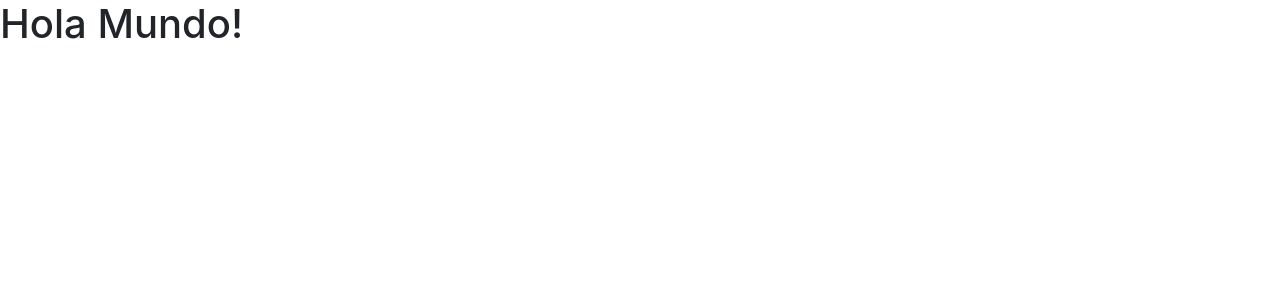
Repository: mapp1990/pasarela
Page: http://localhost/producto
An editor plug-in stored every save of this project. The page is shown before and after the next save, followed by the edit.
The browser window is 1280 px wide. The pictures show the whole page.
The page is served by the project's Laravel application, run on PHP 8.4 with Laravel 9.

Above is the page before, as saved 2022-05-27 17:24:57.

After the next save:
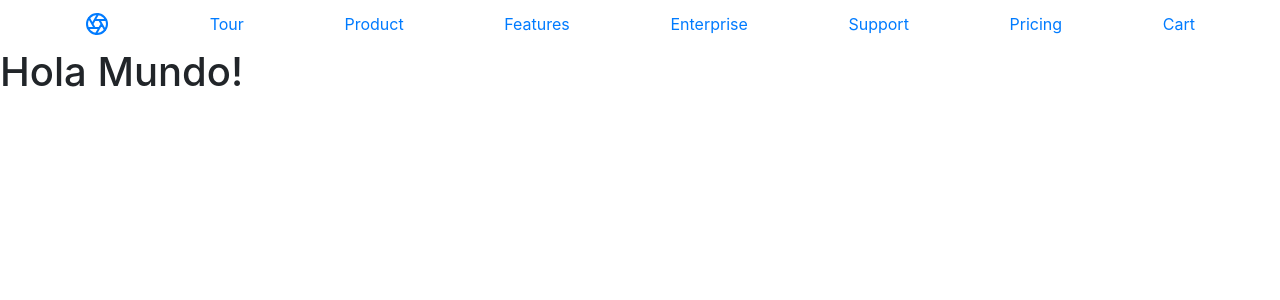
Saved 3 min 37 s later.
--- a/resources/views/productos.blade.php
+++ b/resources/views/productos.blade.php
@@ -7,6 +7,20 @@
     <title>Bootstrap demo</title>
   </head>
   <body class="body">
+    <nav class="site-header sticky-top py-1">
+        <div class="container d-flex flex-column flex-md-row justify-content-between">
+          <a class="py-2" href="#" aria-label="Product">
+            <svg xmlns="http://www.w3.org/2000/svg" width="24" height="24" fill="none" stroke="currentColor" stroke-linecap="round" stroke-linejoin="round" stroke-width="2" class="d-block mx-auto" role="img" viewBox="0 0 24 24" focusable="false"><title>Product</title><circle cx="12" cy="12" r="10"></circle><path d="M14.31 8l5.74 9.94M9.69 8h11.48M7.38 12l5.74-9.94M9.69 16L3.95 6.06M14.31 16H2.83m13.79-4l-5.74 9.94"></path></svg>
+          </a>
+          <a class="py-2 d-none d-md-inline-block" href="#">Tour</a>
+          <a class="py-2 d-none d-md-inline-block" href="#">Product</a>
+          <a class="py-2 d-none d-md-inline-block" href="#">Features</a>
+          <a class="py-2 d-none d-md-inline-block" href="#">Enterprise</a>
+          <a class="py-2 d-none d-md-inline-block" href="#">Support</a>
+          <a class="py-2 d-none d-md-inline-block" href="#">Pricing</a>
+          <a class="py-2 d-none d-md-inline-block" href="#">Cart</a>
+        </div>
+      </nav>
     <h1>Hola Mundo!</h1>
   </body>
 </html>
